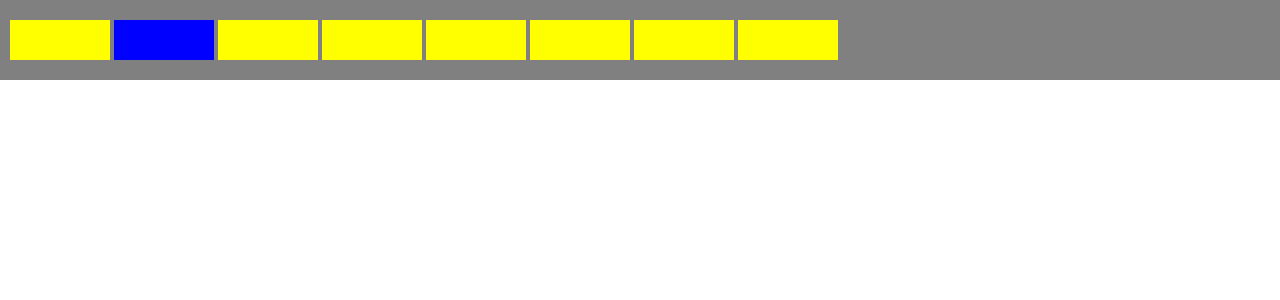
Repository: Bahtiyorovich/javascript-cource
Page: public/classList.html
The author's editor kept a copy of each file at every save. The page is drawn from the files as they stood at one save, then again after a run of saves.
The browser window is 1280 px wide. The pictures show the whole page.

Above is the page before, as saved 2022-12-22 12:47:56.

After the next 2 saves:
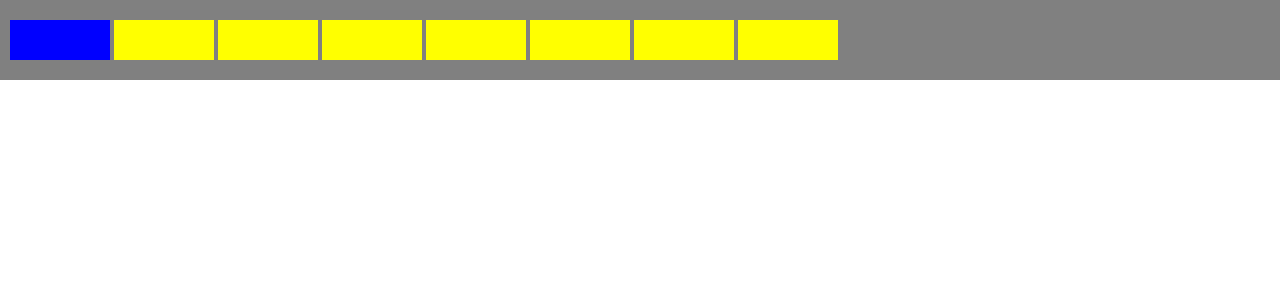
Console error: SyntaxError: Unexpected token '}'
The 2 saves are shown as one change because they came seconds apart.
The last was saved 7 s later.
--- a/src/classList.js
+++ b/src/classList.js
@@ -25,6 +25,6 @@
         btns[1].classList.remove('red')
     }
 
-
+    btns[0].classList.
 
 })

After the 2 saves that followed:
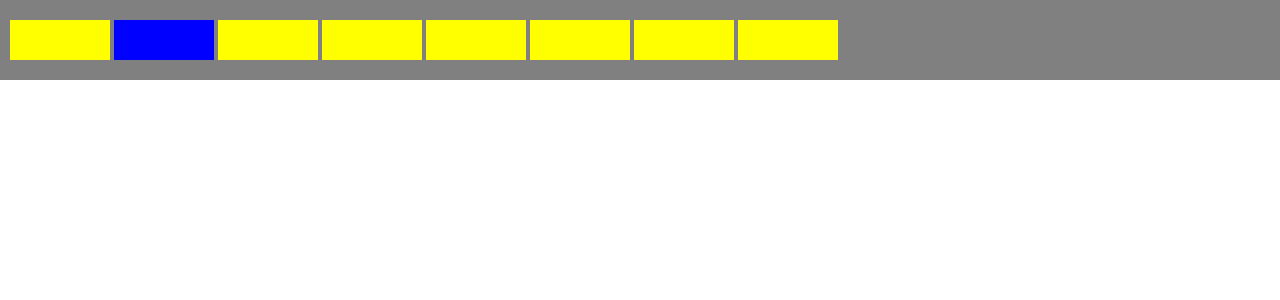
The error is gone.
The 2 saves are shown as one change because they came seconds apart.
The last was saved 8 s later.
--- a/src/classList.js
+++ b/src/classList.js
@@ -25,6 +25,6 @@
         btns[1].classList.remove('red')
     }
 
-    btns[0].classList.
+    btns[0].classList.toggle('red');
 
 })
